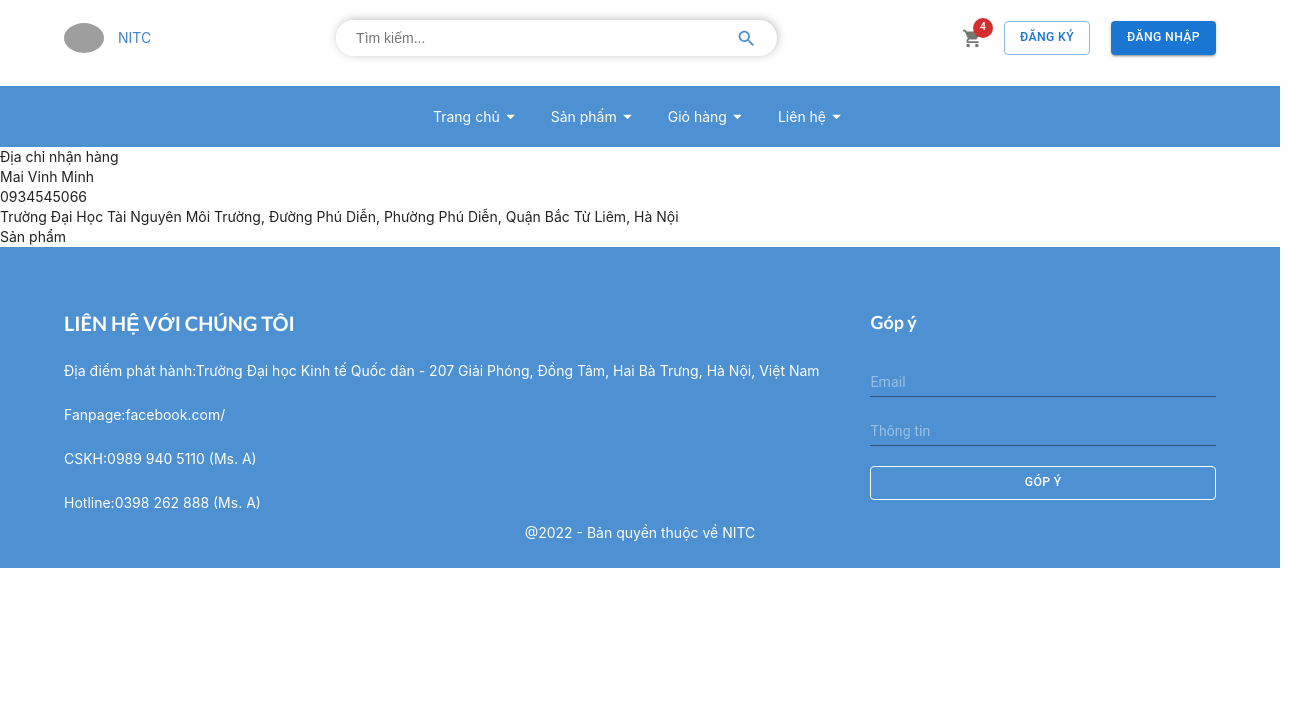
Repository: kohuyso/NEU-Market
Page: /payment (app in client/)
The author's editor kept a copy of each file at every save. The page is drawn from the files as they stood at one save, then again after the next save.
The browser window is 1280 px wide. The page is 1280 px wide, then 1300 px, so the pictures cover 1300 px, including what lies to the right of the window. The pictures show the whole page.
Pictures or frames that could not be fetched are drawn as grey boxes. The project was rebuilt for these pictures with package versions that can differ from the ones it lists, and the page was loaded fresh each time. Also part of the build but not shown: client/src/components/Cart/Cart.css, client/src/components/Cart/Items.jsx, client/src/components/Cart/Carts.jsx, client/src/components/Cart/Cart.js, client/src/components/Home/Home.css, client/src/components/Item/Item.css, client/src/components/Item/Item.jsx, client/src/components/Home/HotDeals.jsx and 70 more.

Above is the page before, as saved 2023-02-11 16:46:30.

### client/src/index.js
import React from 'react';
import ReactDOM from 'react-dom/client';
import './index.css';
import App from './App';
import reportWebVitals from './reportWebVitals';
import { BrowserRouter } from "react-router-dom";
import store from './redux/store';
import { Provider } from 'react-redux'

const root = ReactDOM.createRoot(document.getElementById('root'));
root.render(
  <Provider store={store}>
    <BrowserRouter>
      <App />
    </BrowserRouter>
  </Provider>

);

reportWebVitals();

### client/src/index.css
* {
  font-family: system-ui, -apple-system, BlinkMacSystemFont, "Segoe UI", Roboto,
    Oxygen, Ubuntu, Cantarell, "Open Sans", "Helvetica Neue", sans-serif;
  box-sizing: border-box;
  margin: 0;
  font-family: -apple-system, BlinkMacSystemFont, "Segoe UI", "Roboto", "Oxygen",
    "Ubuntu", "Cantarell", "Fira Sans", "Droid Sans", "Helvetica Neue",
    sans-serif;
  -webkit-font-smoothing: antialiased;
  -moz-osx-font-smoothing: grayscale;
}

code {
  font-family: source-code-pro, Menlo, Monaco, Consolas, "Courier New",
    monospace;
}

:root {
  --main-color: #4d91d2;
}

a {
  text-decoration: none;
  color: var(--main-color);
}

ul {
  list-style: none;
}

img {
  width: 100%;
  height: 100%;
}

input {
  outline: none;
  border: none;
}

### client/src/App.js
import { Route, Switch } from "react-router-dom";
import "./App.css";
import Cart from "./components/Cart/Cart";
import Home from "./components/Home/Home";
import Login from "./components/Login/Login";
import Signup from "./components/Signup/Signup";
import Profile from "./components/Profile/Profile";
import SignupDetails from "./components/SingupDetails/SignupDetails";
import PrivateRoute from "./PrivateRoute";
import { AuthProvider } from "./contexts/AuthContext";
import EditProduct from "./components/editProduct/EditProduct";
import { Provider } from "react-redux";
import store from "./redux/store";
import Search from "./components/Search/Search";
import SellProduct from "./components/SellProduct/SellProduct";
import Shop from "./components/Shop/Shop";
import Payment from "./components/Payment/Payment";

function App() {
  return (
    <div className="App">
      <AuthProvider>
        <Provider store={store}>
          <Switch>
            <Route path="/login" component={Login} />
            <Route path="/signup" component={Signup} />
            <PrivateRoute exact path="/" component={Home} />
            <Route path="/search" component={Search} />
            <Route path="/product" component={EditProduct} />
            <Route path="/cart" component={Cart} />
            <Route path="/profile" component={Profile} />
            <Route path="/signup-details" component={SignupDetails} />
            <Route path="/sell" component={SellProduct} />
            <Route path="/shop" component={Shop} />
            <Route path="/payment" component={Payment} />
          </Switch>
        </Provider>
      </AuthProvider>
    </div>
  );
}

export default App;

### client/src/redux/store.js
import { configureStore } from "@reduxjs/toolkit";
import sliceReview from "../components/SellProduct/Body/DetalProduct/Review/ReviewComment/reviewCommentSlice";
import counterSlice from "../components/SellProduct/counter/counterSlice";
import cartSlice from "./reducers/cartSlice";
import productSlice from "./reducers/productSlice";
import userSlice from "./reducers/userSlice";

export default configureStore({
  reducer: {
    product: productSlice,
    user: userSlice,
    cart: cartSlice,
    counter: counterSlice,
    selectReview: sliceReview
  },
});

### client/src/contexts/AuthContext.js
import React, { useContext, useState, useEffect } from "react";
import { auth } from "../firebase";

const AuthContext = React.createContext();

export function useAuth() {
  return useContext(AuthContext);
}

export function AuthProvider({ children }) {
  const [currentUser, setCurrentUser] = useState();
  const [loading, setLoading] = useState(true);

  function signup(email, password) {
    return auth.createUserWithEmailAndPassword(email, password);
  }

  function login(email, password) {
    return auth.signInWithEmailAndPassword(email, password);
  }

  function logout() {
    return auth.signOut();
  }

  function resetPassword(email) {
    return auth.sendPasswordResetEmail(email);
  }

  function updateEmail(email) {
    return currentUser.updateEmail(email);
  }

  function reauthenticateWithCredential(user, credential) {
    return currentUser.reauthenticateWithCredential(user, credential);
  }

  function updatePassword(password) {
    return currentUser.updatePassword(password);
  }

  useEffect(() => {
    const unsubscribe = auth.onAuthStateChanged((user) => {
      setCurrentUser(user);
      setLoading(false);
    });

    return unsubscribe;
  }, []);

  const value = {
    currentUser,
    login,
    signup,
    logout,
    resetPassword,
    updateEmail,
    updatePassword,
    reauthenticateWithCredential
  };

  return (
    <AuthContext.Provider value={value}>
      {!loading && children}
    </AuthContext.Provider>
  );
}

### client/src/components/Payment/Payment.jsx
import React from 'react';
import "./Payment.css";
import Header from "../Header/Header";
import Footer from "../Footer/Footer";

export default function Payment() {
  return (
    <div className='payment-container'>
			<Header/>
			<div className='payment-wrapper'>
				<div className="address-item">
					<div className='address-item-title'>
						Địa chỉ nhận hàng
					</div>
					<div className="address-group">
						<div className="name">Mai Vinh Minh</div>
						<div className="phoneNumber">0934545066</div>
					</div>
					<div className="address-detail">Trường Đại Học Tài Nguyên Môi Trường, Đường Phú Diễn, Phường Phú Diễn, Quận Bắc Từ Liêm, Hà Nội</div>
				</div>

				<div className='payment-products'>
					<div className='payment-product-title'>
						Sản phẩm
					</div>
					<div className='payment-product'>
					</div>
					<div className='payment-product'></div>
				</div>
			</div>
			<Footer/>
    </div>
  )
}

### client/src/components/SellProduct/Body/DetalProduct/Review/ReviewComment/reviewCommentSlice.js
import { createSlice } from "@reduxjs/toolkit";

export const sliceReview = createSlice({
  name: "selectReview",
  initialState: {
    value: 0,
  },
  reducers: {
    allReview: (state) => {
      console.log(state);
      state.value = 0;
    },
    point5: (state) => {
      console.log(state);
      state.value = 5;
    },
    point4: (state) => {
      state.value = 4;
    },
    point3: (state) => {
      console.log(state);
      state.value = 3;
    },
    point2: (state) => {
      if (state.value > 1) {
        state.value = 2;
      }
    },
    point1: (state) => {
      console.log(state);
      state.value = 1;
    },
    isImage: (state) => {
      state.value = 6;
    },
  },
});

export const { point1, point2, point3, point4, point5, isImage, allReview } =
  sliceReview.actions;

export const selectReviewa = (state) => state.selectReview.value;

export default sliceReview.reducer;

### client/src/components/SellProduct/counter/counterSlice.js
import { createSlice } from "@reduxjs/toolkit";

export const slice = createSlice({
  name: "counter",
  initialState: {
    value: 1,
  },
  reducers: {
    increment: (state) => {
      console.log(state);
      state.value += 1;
    },
    decrement: (state) => {
      if (state.value > 1) {
        state.value -= 1;
      }
    },
  },
});

export const { increment, decrement } = slice.actions;

export const selectCount = (state) => state.counter.value;

export default slice.reducer;

### client/src/redux/reducers/cartSlice.js
import { createSlice } from "@reduxjs/toolkit";

const initialState = {
  list: [],
  total: 0,
};

export const cartSlice = createSlice({
  name: "cart",
  initialState,
  reducers: {
    addToCart: (state, action) => {
      // Check id
      const item = state.list.find((item, index)=> item.id === action.payload.id);
      if (item) {
        item.quantity += action.payload.quantity;
      }  else {
        state.list.push(action.payload)
      }

    },
    deleteItem: (state, action) => {
      // id
      state.list = state.list.filter(
        (item, index) => item.id !== action.payload.id
      );
    },
    increaseQuantity: (state, action) => {
      // id
      const item = state.list.find((item, index)=> item.id === action.payload.id);
      if (item) {
        item.quantity++;
      }
    },

    decreaseQuantity: (state, action) => {
      const item = state.list.find((item, index)=> item.id === action.payload.id);
      if (item.quantity === 1) {
        item.quantity = 1
      } else {
        item.quantity--;
      }
    },

    toggleItemActive: (state, action) => {
      // 1 item
      const item = state.list.find((item, index)=> item.id === action.payload.id);
      if (item) {
        item.active = !item.active;
      }
    },

    setAllActive: (state, action) => {
      // All item
      const list = state.list.map((item, index)=> ({
        ...item,
        active: true
      }))
      state.list = list;
    },

    setAllNotActive: (state, action) => {
      const list = state.list.map((item, index)=> ({
        ...item,
        active: false
      }))
      state.list = list;
    },

    calcTotal: (state, action) => {
      let total = 0;
      const list = state.list.filter((item, index) => item.active)
      list.forEach(element => {
        total += element.quantity * element.price;
      });

      state.total = total;
    }
  },
});

export const { addToCart, increaseQuantity, decreaseQuantity, deleteItem, toggleItemActive,
  setAllActive, setAllNotActive, calcTotal
} =  cartSlice.actions;

export const selectCart = (state) => state.cart.list;
export const selectTotalCart = (state) => state.cart.total;

export default cartSlice.reducer;

### client/src/redux/reducers/productSlice.js
import { createSlice } from '@reduxjs/toolkit';
import Storage from '../../tools/Storage';

export const productSlice = createSlice({
  name: 'product',
  initialState: {
    product: Storage.getData('product') ?? null
  },
  reducers: {
    addProduct: (state, action) => {
      Storage.setData('product', action.payload);
      state = { ...action.payload };
    },
  }
})

export const { addProduct } = productSlice.actions

export default productSlice.reducer

### client/src/redux/reducers/userSlice.js
import { createSlice } from '@reduxjs/toolkit';
import Storage from '../../tools/Storage';

export const userSlice = createSlice({
  name: 'user',
  initialState: {
    user: Storage.getData('user') ?? null
  },
  reducers: {
    addUser: (state, action) => {
      Storage.setData('user', action.payload);
      state = { ...action.payload };
    },
    removeUser: (state) => {
      Storage.removeData('user');
      state.user = null;
    },
    addAddress: (state, action) => {
      const user = Storage.getData('user');
      user.address.push(action.payload);
      Storage.setData('user', user);
      state = { ...user };
    }
  }
})

export const { addUser, removeUser, addAddress } = userSlice.actions

export default userSlice.reducer

### client/src/components/Header/Header.jsx
import React from "react";
import "./Header.css";
import { Badge, Button } from "@mui/material";
import ShoppingCartIcon from "@mui/icons-material/ShoppingCart";
import SearchIcon from "@mui/icons-material/Search";
import ArrowDropDownIcon from "@mui/icons-material/ArrowDropDown";

const Header = () => {
  return (
    <header className="header">
      <div className="header_top">
        <div className="header_logo">
          <img
            src="https://scontent.fhan2-1.fna.fbcdn.net/v/t39.30808-6/306140258_464597212382159_2245929625838983859_n.jpg?_nc_cat=106&ccb=1-7&_nc_sid=174925&_nc_ohc=RtrkM7sGT10AX88BgKu&_nc_ht=scontent.fhan2-1.fna&oh=00_AfBi6TilxVyrOeCFkT99bnKUr3m843CdPEVPrQ-5nVAswg&oe=637A0E63"
            alt=""
          />
          <a href="/">NITC</a>
        </div>
        <div className="header_search">
          <input type="text" placeholder="Tìm kiếm..." />
          <SearchIcon sx={{ color: "var(--main-color)" }} />
        </div>
        <div className="header_option">
          <Badge badgeContent={4} color="error">
            <ShoppingCartIcon color="action" />
          </Badge>
          <Button variant="outlined">Đăng ký</Button>
          <Button variant="contained">Đăng nhập</Button>
        </div>
      </div>
      <div className="header_bottom">
        <ul className="header_list_option">
          <li className="header_item_option">
            <a href="/">Trang chủ</a>
            <ArrowDropDownIcon />
          </li>
          <li className="header_item_option">
            <a href="/">Sản phấm</a>
            <ArrowDropDownIcon />
          </li>
          <li className="header_item_option">
            <a href="/">Giỏ hàng</a>
            <ArrowDropDownIcon />
          </li>
          <li className="header_item_option">
            <a href="/">Liên hệ</a>
            <ArrowDropDownIcon />
          </li>
        </ul>
      </div>
    </header>
  );
};

export default Header;

### client/src/components/Footer/Footer.jsx
import React from "react";
import "./Footer.css";
import { Button, Input } from "@mui/material";

const Footer = () => {
  return (
    <footer className="footer">
      <div className="footer_top">
        <div className="footer_place">
          <h3>LIÊN HỆ VỚI CHÚNG TÔI</h3>
          <p>
            <span>Địa điểm phát hành:</span>
            Trường Đại học Kinh tế Quốc dân - 207 Giải Phóng, Đồng Tâm, Hai Bà
            Trưng, Hà Nội, Việt Nam
          </p>
          <p>
            <span>Fanpage:</span>
            facebook.com/
          </p>
          <p>
            <span>CSKH:</span>
            0989 940 5110 (Ms. A)
          </p>
          <p>
            <span>Hotline:</span>
            0398 262 888 (Ms. A)
          </p>
        </div>
        <div className="footer_contact">
          <h3>Góp ý</h3>
          <Input placeholder="Email" />
          <Input placeholder="Thông tin" />
          <Button variant="outlined">Góp ý</Button>
        </div>
      </div>
      <div className="footer_bottom">
        <p className="footer_copyright">@2022 - Bản quyền thuộc về NITC</p>
      </div>
    </footer>
  );
};

export default Footer;

### client/src/firebase.js
import firebase from "firebase/compat/app";
import "firebase/compat/auth";

const app = firebase.initializeApp({
    apiKey: "AIzaSyAS7F1rSRnwXT7Ymv-TBV8PNClnqo-98xA",
    authDomain: "auth-neu-market.firebaseapp.com",
    projectId: "auth-neu-market",
    storageBucket: "auth-neu-market.appspot.com",
    messagingSenderId: "766666736547",
    appId: "1:766666736547:web:e31acc11be94a942591016"
})

export default app;
export const auth = app.auth()

### client/src/components/Payment/Payment.css
.payment-container {
    width: 100%;
    display: flex;
    flex-direction: column;
}

### client/src/tools/Storage.js
const getData = (key) => {
	try {
		const item = localStorage.getItem(key);
		return item ? JSON.parse(item) : null;
	} catch (error) {
		return null;
	}
};

const setData = (key, value) => {
	try {
		if (value) {
			localStorage.setItem(key, JSON.stringify(value));
			return true;
		}
		return false;
	} catch (error) {
		return false;
	}
};

const removeData = (key) => {
	try {
		localStorage.removeItem(key);
		return true;
	} catch (error) {
		return false;
	}
};

const Storage = {
	getData,
	setData,
	removeData,
};

export default Storage;

### client/src/components/Header/Header.css
.header {
  /* position: fixed; */
  width: 100%;
  display: flex;
  flex-direction: column;
  gap: 30px;

  background-color: #fff;
}

.header_top {
  width: 100%;
  display: flex;
  padding: 20px 5% 0 5%;
  align-items: center;
  justify-content: space-between;
}

.header_logo {
  display: flex;
  align-items: center;
  gap: 1rem;
}

.header_logo span {
  font-size: 30px;
  font-weight: bold;
}

.header_logo img {
  width: 40px;
  border-radius: 50%;
}

.header_search {
  padding-right: 20px;
  display: flex;
  align-items: center;
  justify-content: space-between;
  border-radius: 40px;
  background-color: white;
  overflow: hidden;
  box-shadow: 1px -1px 9px rgba(0, 0, 0, 0.25);
}

.header_search input {
  padding: 10px 20px;
  width: 400px;
}

.header_option {
  display: flex;
  align-items: center;
  gap: 1.5rem;
}

.header_bottom {
  display: flex;
  align-items: center;
  justify-content: center;
  background-color: var(--main-color);
}

.header_list_option {
  padding: 20px 5%;
  display: flex;
  align-items: center;
  gap: 30px;
}

.header_list_option a,
.header_item_option {
  color: white;
}

.header_item_option {
  display: flex;
  align-items: center;
}

### client/src/components/Footer/Footer.css
.footer {
  padding: 5% 5% 2% 5%;
  background-color: var(--main-color);
  display: flex;
  flex-direction: column;
  color: white;
  gap: 10px;
  width: 100%;
}

.footer_top {
  display: flex;
  gap: 20px;
  justify-content: space-between;
}

.footer_place {
  display: flex;
  flex-direction: column;
  gap: 10px;
}

.footer_place h3 {
  font-size: 20px;
}

.footer_contact {
  width: 30%;
  display: flex;
  flex-direction: column;
  gap: 20px;
}

.footer_contact input {
  color: white;
}

.footer_contact button {
  border-color: white;
  color: white;
}

.footer_copyright {
  text-align: center;
}

Loaded but not shown: client/public/index.html (common file); client/src/reportWebVitals.js (common file); client/src/App.css (common file); client/src/components/Shop/ShopBody/ShopBody.css (no stored copy; drawn as an empty file)

After the next save:
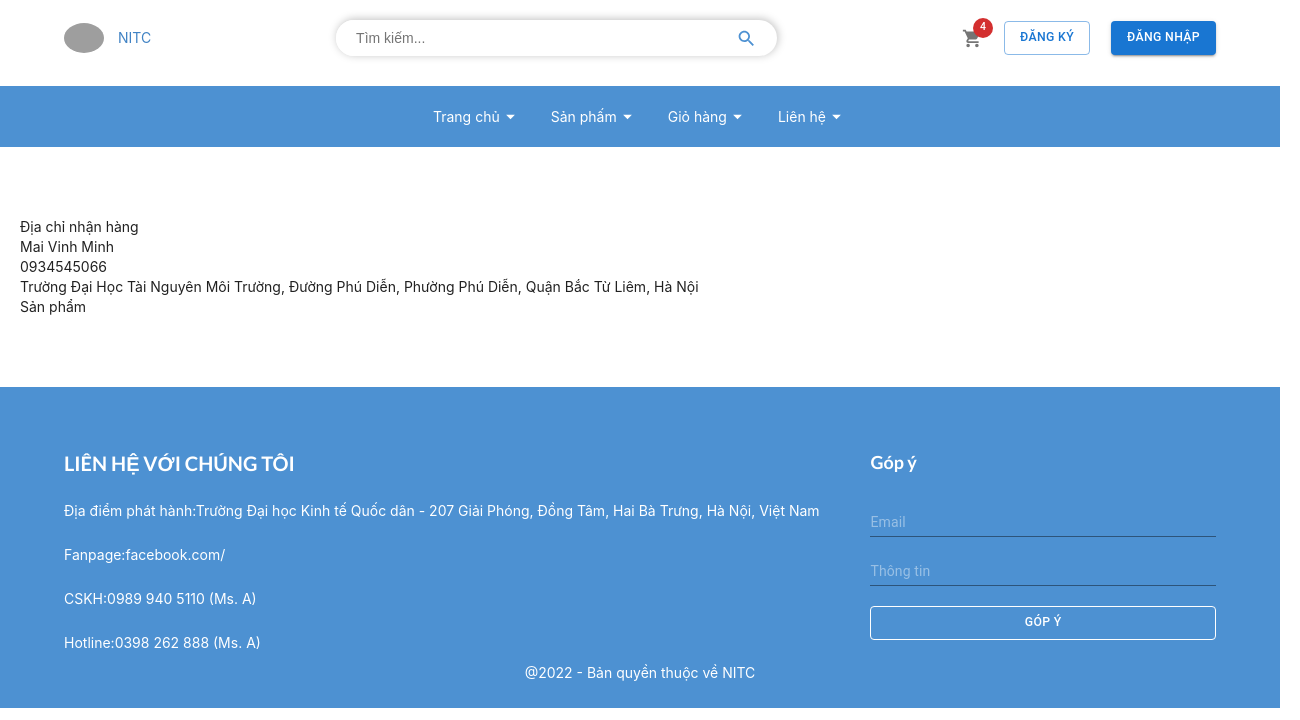
Saved 31 min 57 s later.
--- a/client/src/components/Payment/Payment.css
+++ b/client/src/components/Payment/Payment.css
@@ -3,3 +3,9 @@
     display: flex;
     flex-direction: column;
 }
+.payment-container .payment-wrapper {
+    width: 100%;
+    display: flex;
+    flex-direction: column;
+    margin: 70px 20px;
+}
